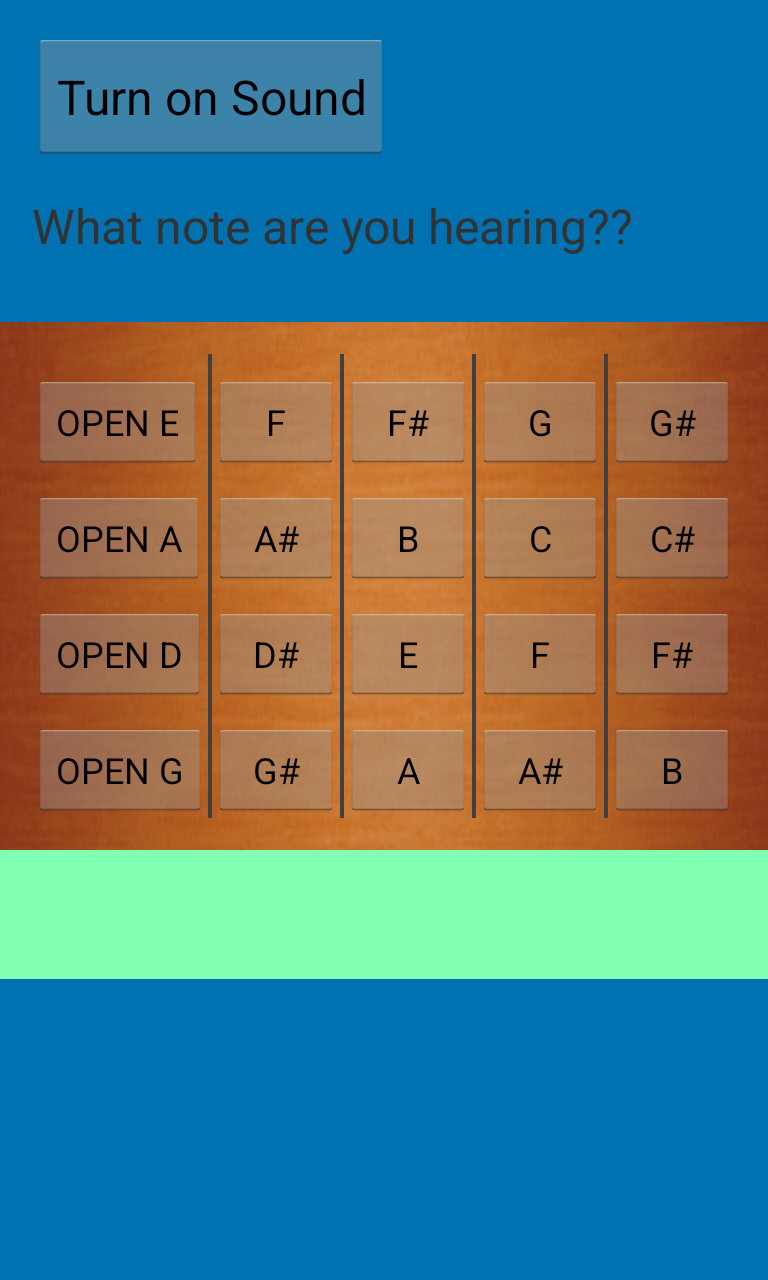
Repository: elliott-ribner/android-guitar-trainer
Layout: randomnotegenerator/res/layout/activity_main.xml
An editor plug-in stored every save of this project. The layout is shown before and after the next save, followed by the edit.
It is drawn on a 768 x 1280 px phone screen (xhdpi) without system bars, with theme AppTheme; the app's code is not run.

Above is the layout before, as saved 2014-06-09 00:51:19.

After the next save:
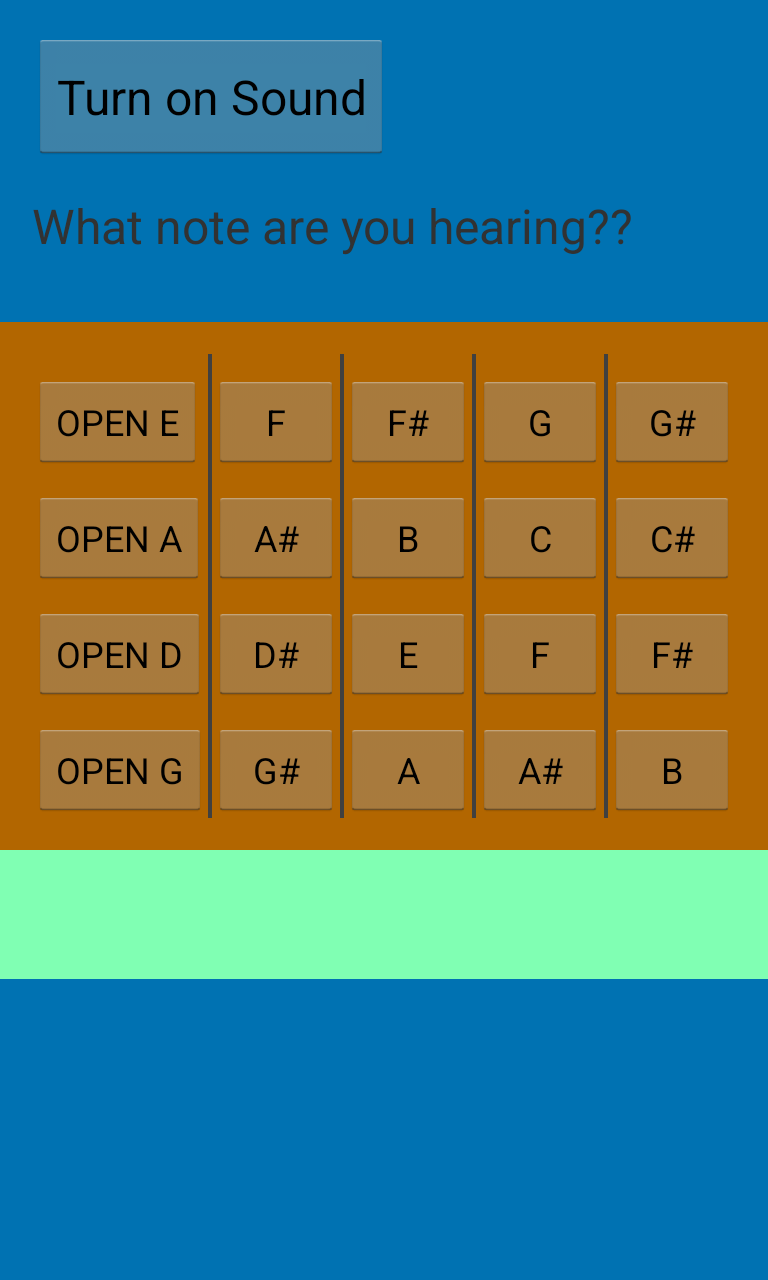
Saved 34 s later.
--- a/randomnotegenerator/res/layout/activity_main.xml
+++ b/randomnotegenerator/res/layout/activity_main.xml
@@ -38,7 +38,7 @@
     <LinearLayout
         android:layout_width="fill_parent"
         android:layout_height="wrap_content"
-        android:background="@drawable/background"
+        android:background="#B26600"
         android:orientation="vertical"
          >
 
